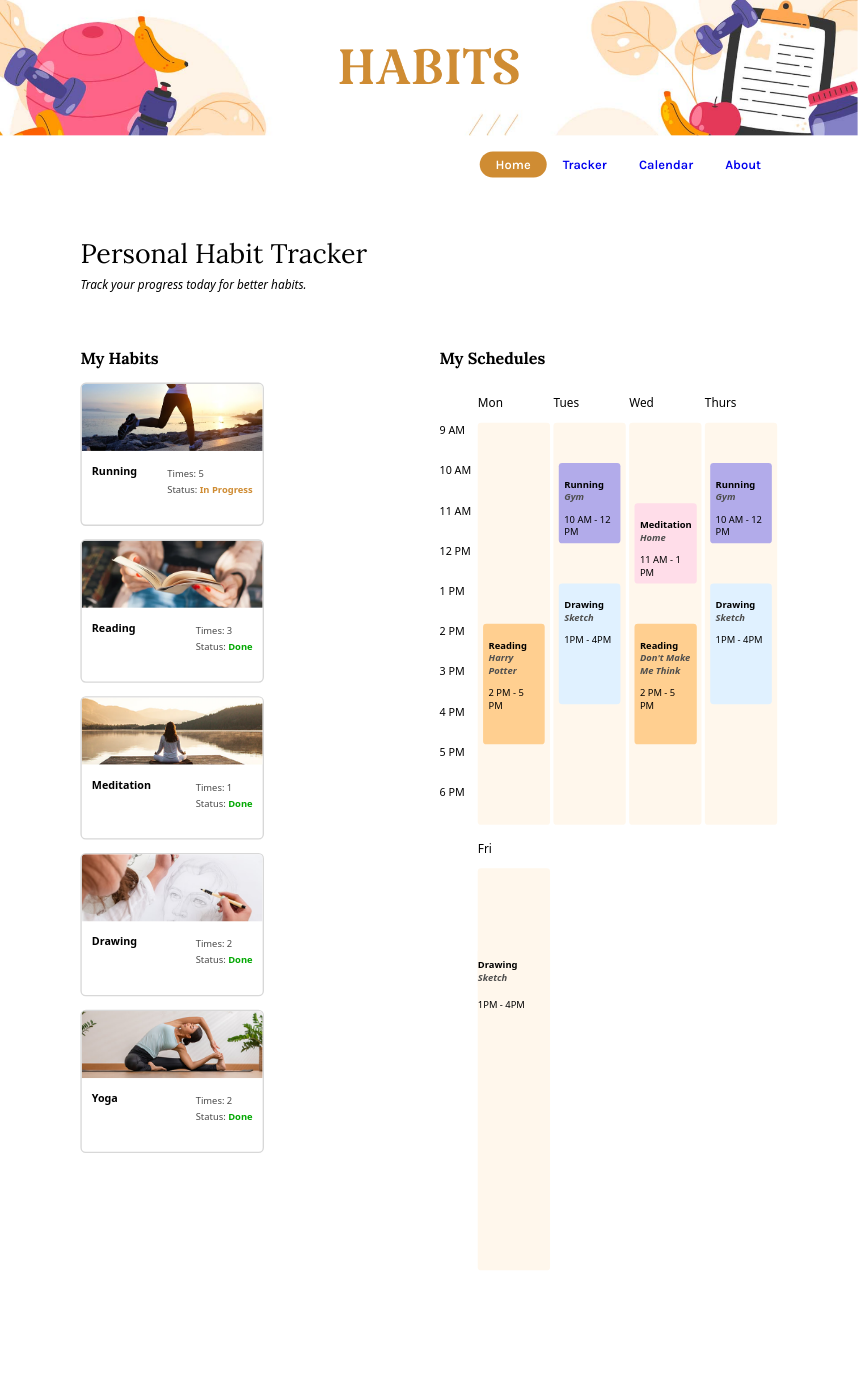
Repository: SandyLy453/habit-tracker
Page: http://localhost/
These files come from the project's save history. The page is drawn as it stood at one moment and after the next save; the edit follows.
The browser window is 1280 px wide. The pictures show the whole page, at 67% of full size.
The page is served by the project's Node server (server.js).

Above is the page before, as saved 2025-03-17 13:49:22.

After the next save:
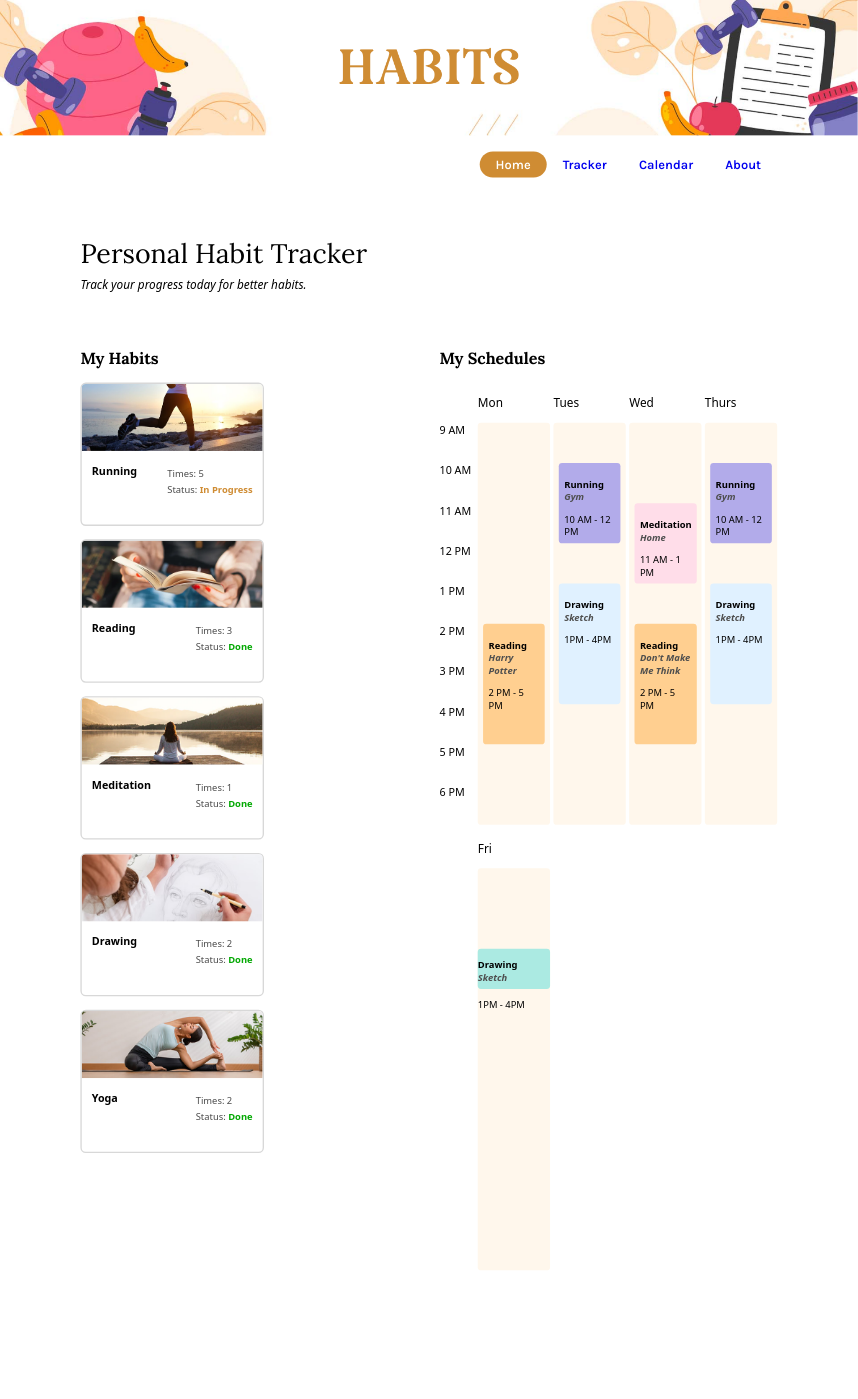
Saved 11 s later.
--- a/views/pages/home.ejs
+++ b/views/pages/home.ejs
@@ -155,7 +155,7 @@
                       <p class="date-day">Fri</p>
                     </div>
                     <div class="events">
-                    <div class="events start-12 end-2">
+                    <div class="events start-12 end-2 yoga">
                       <p class="title">Drawing<br><span style="font-style: italic; color: #4e4e4e">Sketch</p>
                       <p class="time">1PM - 4PM</p>
                     </div>
